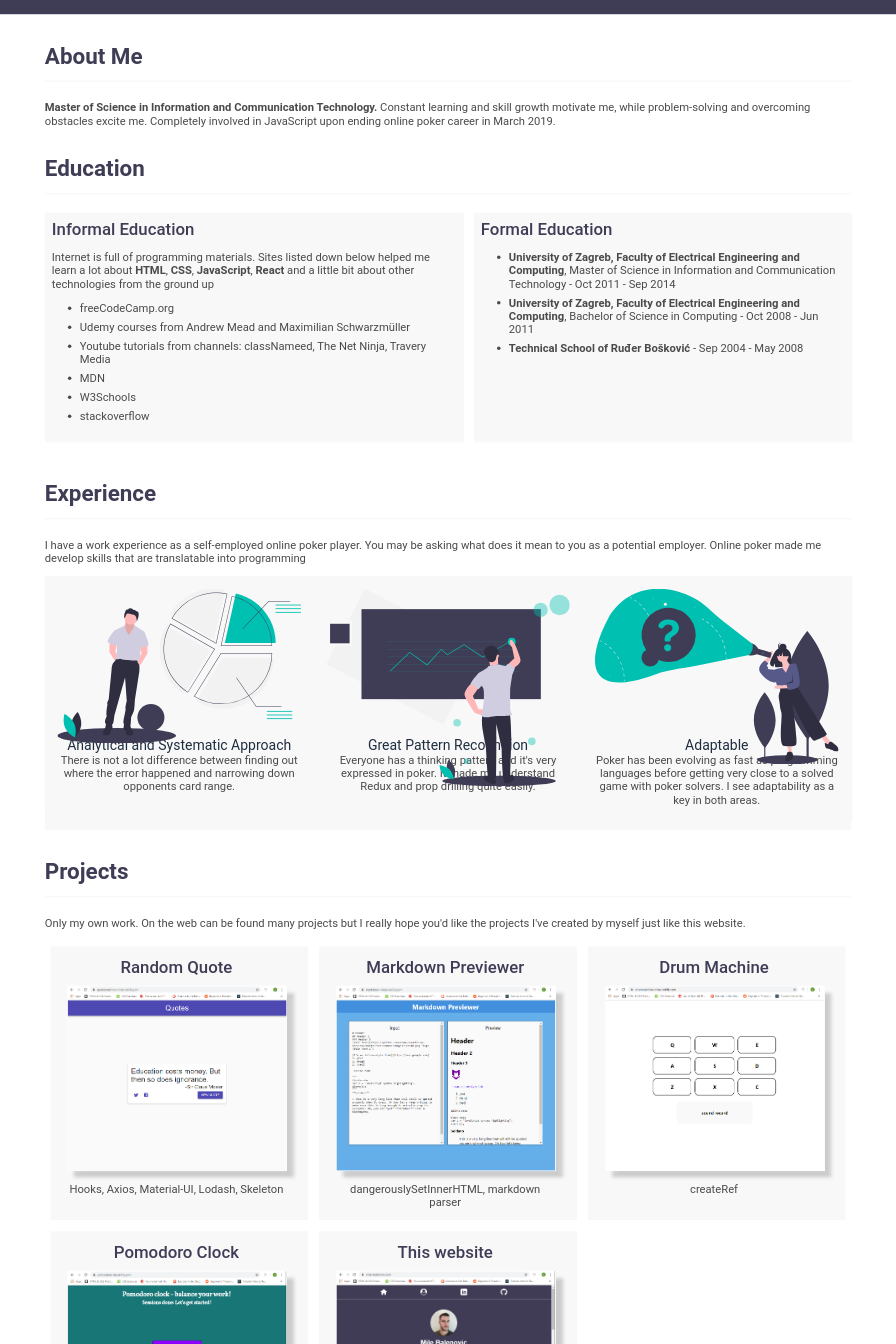
Repository: milac0/my-website
Page: /
These files come from the project's save history. The page is drawn as it stood at one moment and after the next save; the edit follows.
The browser window is 1280 px wide. The pictures show the part of the page from y = 400 to 2320 px (the page is 3017 px tall), at 70% of full size.
The project was rebuilt for these pictures with package versions that can differ from the ones it lists, and the page was loaded fresh each time. Also part of the build but not shown: src/components/formContact.module.css, src/components/FormContact.js, src/pages/contact.module.css, src/pages/Contact.js. Imported but missing from the stored project, and not drawn on this page: src/resume.pdf.

Above is the page before, as saved 2019-10-29 19:37:45.

### public/index.html
<!DOCTYPE html>
<html lang="en">
  <head>
    <meta charset="utf-8" />
    <link rel="icon" href="%PUBLIC_URL%/favicon.ico" />
    <meta name="viewport" content="width=device-width, initial-scale=1" />
    <meta name="theme-color" content="#000000" />
    <meta
      name="description"
      content="Web site created using create-react-app"
    />
    <!--
      manifest.json provides metadata used when your web app is installed on a
      user's mobile device or desktop. See https://developers.google.com/web/fundamentals/web-app-manifest/
    -->
    <link rel="manifest" href="%PUBLIC_URL%/manifest.json" />
    <!--
      Notice the use of %PUBLIC_URL% in the tags above.
      It will be replaced with the URL of the `public` folder during the build.
      Only files inside the `public` folder can be referenced from the HTML.

      Unlike "/favicon.ico" or "favicon.ico", "%PUBLIC_URL%/favicon.ico" will
      work correctly both with client-side routing and a non-root public URL.
      Learn how to configure a non-root public URL by running `npm run build`.
    -->
    <title>Mile Balenovic</title>
  </head>
  <body>
    <noscript>You need to enable JavaScript to run this app.</noscript>
    <div id="root"></div>
    <!--
      This HTML file is a template.
      If you open it directly in the browser, you will see an empty page.

      You can add webfonts, meta tags, or analytics to this file.
      The build step will place the bundled scripts into the <body> tag.

      To begin the development, run `npm start` or `yarn start`.
      To create a production bundle, use `npm run build` or `yarn build`.
    -->
  </body>
</html>

### src/index.css
html, body {
  height: 100%;
}

body {
  margin: 0;
  font-family: 'Roboto', sans-serif;
  -webkit-font-smoothing: antialiased;
  -moz-osx-font-smoothing: grayscale;
}

/*****
  Navbar & Hero
*****/

header,
.hero {
  background:#3F3D56;
  border-bottom: 0.1px solid #ffffff;
  text-align: center;
}

.hero {
  margin-bottom: 2em;
}

.container {
  width: 90%;
  max-width: 1200px;
  margin: 0 auto;
}

nav li {
  list-style: none;
  max-width: 400px;
  margin: 0 auto;
  display: flex;
  justify-content: space-evenly;
  align-items: center;
}

.nav-item:hover {
  filter: invert(0.1);
}
nav ul {
  padding: 0;
}

.hero {
  margin-bottom: 2.5em;
}

.hero-profile {
  padding: 3em 0;
}

.hero-profile-image {
  width: 128px;
  height: 128px;
  background-color: #F8F8F9;
  margin: 0 auto;
  margin-bottom: 0.5em;
  border-radius: 50%;
}

.hero-profile-title,
.hero-profile-subtitle {
  color: #ffffff;
}

.hero-profile h1 {
  margin: 0;
  font-size: 2rem;
}

.hero-profile p {
  font-size: 1rem;
  margin: 0;
  margin-top: -0.25rem;
  margin-bottom: 1.5em;
}

.hero-profile-subtitle strong {
  font-weight: 700;
  color: #61dafb;
}

.button-cta,
.button-home {
  background: #00AEA0;
  color: #1f2e3f;
  padding: 0.75em 2em;
  border: none;
  border-radius: 20px;
  font-size: 1rem;
  font-weight: 700;
  text-decoration: none;
}

.button-cta:hover,
.button-cta:focus {
  background: #00C1B1;
  color: #1f2e3f;
  cursor: pointer;
}

.button-home {
  background: #ffffff;
  border: 2px solid #1f2e3f;
  padding: 0.3em 1em;
}

.button-home:hover,
.button-home:focus {
  border: 2px solid #ffffff;
 filter: invert(0.1);
}

/*****
  Typography
*****/

h1 {
  color: #3F3D56;
}

h2 {
  color: #3F3D56;
  font-size: 1.5rem;
  font-weight: 500;
  margin: 0;
}

p,
ul {
  color: #4a4a4a;
}

.section-skill h2 {
  color: #1F2E3F;
  font-size: 1.25rem;
  font-weight: 400;
  margin: 0;
}

.section-body {
  font-size: 1rem;
  margin-bottom: 1em;
}

#section-cta .section-title,
#section-cta .section-body {
  color: #ffffff;
}

/*****
  Layout
*****/
section {
  margin-bottom: 2.5em;
}

.section-title {
  border-bottom: 2px solid #F8F8F9;
  font-size: 2rem;
  padding-bottom: 0.5em;
}

.article-education,
.section-skill {
  box-shadow: 2px 2px #F8F8F9;
  border: 2px solid #F8F8F9;
  margin-bottom: 1em;
  padding: 0.5em;
}

.article-education li{
  margin-bottom: 0.5em;
}

.section-skill {
  background: #F8F8F9;
  text-align: center;
}

.section-skill p {
  margin: 0;
}

.responsive-container {
    width: 100%;
    padding-bottom: 56.25%; /* 9/16 = aspect ratio of image */
    position: relative;
    margin: 0 auto 1em auto;
}

.section-skill-image {
  display: block;
  max-width: 70%;
  height: auto;
  position: absolute;
  /* left: 50%;
  transform: translateX(-50%); */
  left: 0;
  right: 0;
  margin: auto;
}

article {
  background: #F8F8F9;
  padding: 1em 2em 0.5em 1.5em;
  margin-bottom: 0.5em;
}

article p {
  margin-top: 1em;
  margin-bottom: 0.5em;
}

article h2 {
  margin-bottom: 0.5em;
}

.projects article {
  text-align: center;
}

.project-image {
  display: block;
  max-width: 80%;
  margin: 0 auto;
  height: auto;
  cursor: pointer;
  border: 1px solid #fff;
  box-shadow: 10px 10px 5px #ccc;
}

.project-image:hover {
  filter: invert(0.1);
}

#section-cta {
  padding-bottom: 5em;
  background: #3F3D56;
}

#section-cta{
  text-align: center;
  padding: 0.5em;
}

#section-cta .button-cta {
  margin: 1em 0 2em 0;
}

footer {
  background: #F8F8F9;
  padding: 3em 0;
  width: 100%;
  text-align: center;
  flex-shrink: 0;
}

.invalid-feedback {
  color: #D8000C;
  font-size: 0.75rem;
  font-family: 'Roboto', sans-serif;
}

@media (min-width: 752px) {
  nav li {
    max-width: 100%;
    margin: 0 auto;
    display: flex;
    justify-content: flex-end;
    align-items: center;
    position: relative;
  }

  nav ul {
    margin-left: 3em;
  }

  .nav-home-item {
    position: absolute;
    left: 0;
    margin: 0;
  }

  .articles-education {
    display: flex;
    flex-direction: row;
    justify-content: space-between;
  }

  .education-one {
    margin-right: 0.5em;
  }

  .education-two {
    margin-left: 0.5em;
  }

  .section-skills {
    background: #F8F8F9;
    display: flex;
    flex-direction: row;
    align-items: baseline;
  }
  .section-skill {
    flex: 1 1 200px;
    padding: 1em;
  }

  .section-skill-image {
    height: auto;
    max-width: 100%;
  }

  .projects {
    display: grid;
    grid-template-columns: repeat(auto-fill,minmax(320px, 1fr));
   }

   .projects article {
    margin: 0.5em;
  }

   .project-image {
     max-width: 100%;
   }
}

### src/App.js
import React from 'react';
import {
  BrowserRouter as Router,
  Switch,
  Route,
} from "react-router-dom";
import Home from './pages/Home'
import Contact from './pages/Contact';

function App() {
  return (
      <Router>
        <Switch>
        <Route path ="/" exact component={Home} />
        <Route path ="/contact" component={Contact} />
        </Switch>
      </Router>

  );
}

export default App;

### src/pages/Home.js
import React, { Fragment } from "react";
import Navbar from "../components/Navbar";
import Hero from "../components/Hero";
import AboutMe from "../components/AboutMe";
import Education from "../components/Education";
import Experience from "../components/Experience";
import Projects from "../components/Projects";
import SectionCTA from "../components/SectionCTA";
import Footer from "../components/Footer";

const Home = () => {
  return (
    <Fragment>
      <Navbar />
      <Hero />
      <main>
        <div className="container">
          <AboutMe />
          <Education />
          <Experience />
          <Projects />
          <SectionCTA />
        </div>
      </main>
      <Footer />
    </Fragment>
  );
};

export default Home;

### src/components/Navbar.js
import React from "react";
import { Link } from "react-router-dom";

import resumeIcon from "../images/resume.png";
import linkedinIcon from "../images/linkedin.png";
import githubIcon from "../images/github.png";
import homeIcon from "../images/home.png";
import resumePdf from "../resume.pdf";

//mui
import Tooltip from "@material-ui/core/Tooltip";

const Navbar = () => {
  return (
    <header>
      <div className="container">
        <nav>
          <li>
            <ul className="nav-home-item">
              <Tooltip title="Home">
                <Link to="/">
                  <img className="nav-item" src={homeIcon} alt="home" />
                </Link>
              </Tooltip>
            </ul>
            <ul>
              <Tooltip title="Resume">
                <a href={resumePdf} download target="_self">
                  <img className="nav-item" src={resumeIcon} alt="resume" />
                </a>
              </Tooltip>
            </ul>
            <ul>
              <Tooltip title="Linkedin">
                <a
                  href="https://www.linkedin.com/in/mile-balenovi%C4%87-a4ab9188/"
                  target="_blank"
                  rel="noopener noreferrer"
                >
                  <img className="nav-item" src={linkedinIcon} alt="linkedin" />
                </a>
              </Tooltip>
            </ul>
            <ul>
              <Tooltip title="Github">
                <a
                  href="https://github.com/milac0"
                  target="_blank"
                  rel="noopener noreferrer"
                >
                  <img className="nav-item" src={githubIcon} alt="github" />
                </a>
              </Tooltip>
            </ul>
          </li>
        </nav>
      </div>
    </header>
  );
};

export default Navbar;

### src/components/Hero.js
import React from "react";
import { Link } from "react-router-dom";
import profileImg from "../images/profile.png";

const Hero = () => {
  return (
    <div className="hero">
      <div className="container">
        <div className="hero-profile">
          <div className="hero-profile-image">
            <img src={profileImg} alt="profile" />
          </div>
          <h1 className="hero-profile-title">Mile Balenovic</h1>
          <p className="hero-profile-subtitle">
            Switching career to <strong>React</strong> development
          </p>
          <Link to="/contact">
            <button className="button-cta">Contact Me!</button>
          </Link>
        </div>
      </div>
    </div>
  );
};

export default Hero;

### src/components/AboutMe.js
import React from "react";

const AboutMe = () => {
  return (
    <section>
      <h1 className="section-title">About Me</h1>
      <p className="section-body">
        <strong>
          Master of Science in Information and Communication Technology.
        </strong>{" "}
        Constant learning and skill growth motivate me, while problem-solving
         and overcoming obstacles excite me. Completely involved
        in JavaScript upon ending online poker career in March 2019.
      </p>
    </section>
  );
};

export default AboutMe;

### src/components/Education.js
import React from "react";

const Education = () => {
  return (
    <section>
      <h1 className="section-title">Education</h1>
      <div className="articles-education">
      <article className="article-education education-one">
        <h2>Informal Education</h2>
        <p>
          Internet is full of programming materials. Sites listed down below
          helped me learn a lot about
          <strong> HTML</strong>, <strong>CSS</strong>,{" "}
          <strong>JavaScript</strong>,<strong> React</strong> and a little bit
          about other technologies from the ground up
        </p>
        <ul>
          <li>freeCodeCamp.org</li>
          <li>Udemy courses from Andrew Mead and Maximilian Schwarzmüller</li>
          <li>
            Youtube tutorials from channels: classNameed, The Net Ninja, Travery
            Media{" "}
          </li>
          <li>MDN</li>
          <li>W3Schools</li>
          <li>stackoverflow</li>
        </ul>
      </article>
      <article className="article-education education-two">
        <h2>Formal Education</h2>
        <ul>
          <li>
            <strong>
              University of Zagreb, Faculty of Electrical Engineering and
              Computing
            </strong>
            , Master of Science in Information and Communication Technology -
            Oct 2011 - Sep 2014
          </li>
          <li>
            <strong>
              University of Zagreb, Faculty of Electrical Engineering and
              Computing
            </strong>
            , Bachelor of Science in Computing - Oct 2008 - Jun 2011
          </li>
          <li>
            <strong>Technical School of Ruđer Bošković</strong> - Sep 2004 - May
            2008
          </li>
        </ul>
      </article>
      </div>
    </section>
  );
};

export default Education;

### src/components/Experience.js
import React from "react";
import LazyLoad from "react-lazyload";
import analyticalImg from "../images/analytical.svg";
import patternImg from "../images/pattern.svg";
import adaptiveImg from "../images/adaptive.svg";

const Experience = () => {
  return (
    <section>
      <h1 className="section-title">Experience</h1>
      <p className="section-body">
        I have a work experience as a self-employed online poker player. You may
        be asking what does it mean to you as a potential employer. Online poker
        made me develop skills that are translatable into programming
      </p>
      <div className="section-skills">
      <div className="section-skill">
      <div className="section-skill-image-container">
        <LazyLoad>
          <div className="responsive-container">
          <img
            className="section-skill-image"
            src={analyticalImg}
            alt="analytical"
          />
          </div>
        </LazyLoad>
        </div>
        <h2>Analytical and Systematic Approach</h2>
        <p>
          There is not a lot difference between finding out where the error happened
          and narrowing down opponents card range.
        </p>
      </div>
      <div className="section-skill">
        <LazyLoad>
        <div className="responsive-container">
          <img className="section-skill-image" src={patternImg} alt="pattern" />
          </div>
        </LazyLoad>
        <h2>Great Pattern Recognition</h2>
        <p>
          Everyone has a thinking pattern and it's very expressed in poker. It made
          me understand Redux and prop drilling quite easily.
        </p>
      </div>
      <div className="section-skill">
        <LazyLoad>
        <div className="responsive-container">
          <img className="section-skill-image" src={adaptiveImg} alt="" />
          </div>
        </LazyLoad>
        <h2>Adaptable</h2>
        <p>
          Poker has been evolving as fast as programming languages before
          getting very close to a solved game with poker solvers. I see adaptability
          as a key in both areas.
        </p>
      </div>
      </div>
    </section>
  );
};

export default Experience;

### src/components/Projects.js
import React from "react";
import LazyLoad from "react-lazyload";

import quoteImg from "../images/quote.PNG";
import markdownImg from "../images/markdown.PNG";
import pomodoroImg from "../images/pomodoro.PNG";
import drumImg from "../images/drum.PNG";
import thissiteImg from '../images/thissite.PNG'

const Projects = () => {
  return (
    <section>
      <h1 className="section-title">Projects</h1>
      <p className="section-body">
        Only my own work. On the web can be found many projects but I really hope
        you'd like the projects I've created by myself just like this website.
      </p>
      <div className="projects">
      <article>
        <h2>Random Quote</h2>
        <a
          href="https://quotemachine-milac.netlify.com/"
          target="_blank"
          rel="noopener noreferrer"
        >
          <LazyLoad>
            <img className="project-image" src={quoteImg} alt="quote-machine" />
          </LazyLoad>
        </a>
        <p>Hooks, Axios, Material-UI, Lodash, Skeleton</p>
      </article>
      <article>
        <h2>Markdown Previewer</h2>
        <a
          href="https://markdown-milac.netlify.com/"
          target="_blank"
          rel="noopener noreferrer"
        >
          <LazyLoad>
            <img
              className="project-image"
              src={markdownImg}
              alt="markdown-previewer"
            />
          </LazyLoad>
        </a>
        <p>dangerouslySetInnerHTML, markdown parser</p>
      </article>
      <article>
        <h2>Drum Machine</h2>
        <a
          href="https://drummachine-milac.netlify.com/"
          target="_blank"
          rel="noopener noreferrer"
        >
          <LazyLoad>
            <img className="project-image" src={drumImg} alt="drum-machine" />
          </LazyLoad>
        </a>
        <p>createRef</p>
      </article>
      <article>
        <h2>Pomodoro Clock</h2>
        <a
          href="https://pomodoro-clo.netlify.com/"
          target="_blank"
          rel="noopener noreferrer"
        >
          <LazyLoad>
            <img
              className="project-image"
              src={pomodoroImg}
              alt="pomodoro clock"
            />
          </LazyLoad>
        </a>
        <p>FortAwesome, Moment, Lodash</p>
      </article>
      <article>
        <h2>This website</h2>
        <a
          href="https://mile-balenovic.com/"
          target="_blank"
          rel="noopener noreferrer"
        >
          <LazyLoad>
            <img
              className="project-image"
              src={thissiteImg}
              alt="this website"
            />
          </LazyLoad>
        </a>
        <p>Formik, LazyLoad, EmailJS, CSS Modules</p>
      </article>
      </div>
    </section>
  );
};

export default Projects;

### src/components/SectionCTA.js
import React from "react";
import { Link } from "react-router-dom";

const SectionCTA = () => {
  return (
    <section id="section-cta">
      <h1 className="section-title">Like what you've read?</h1>
      <p className="section-body">
        I have plenty more to learn, and, as a part of your team, I believe I can
        accelerate my learning and start contributing to your company in a fruitful way.
      </p>
      <Link to="/contact">
        <button className="button-cta">Contact Me!</button>
      </Link>
    </section>
  );
};

export default SectionCTA;

### src/components/Footer.js
import React from "react";

const Footer = () => {
  return (
    <footer>
      <p> Copyright 2019</p>
    </footer>
  );
};

export default Footer;

Loaded but not shown: src/index.js (common file)

After the next save:
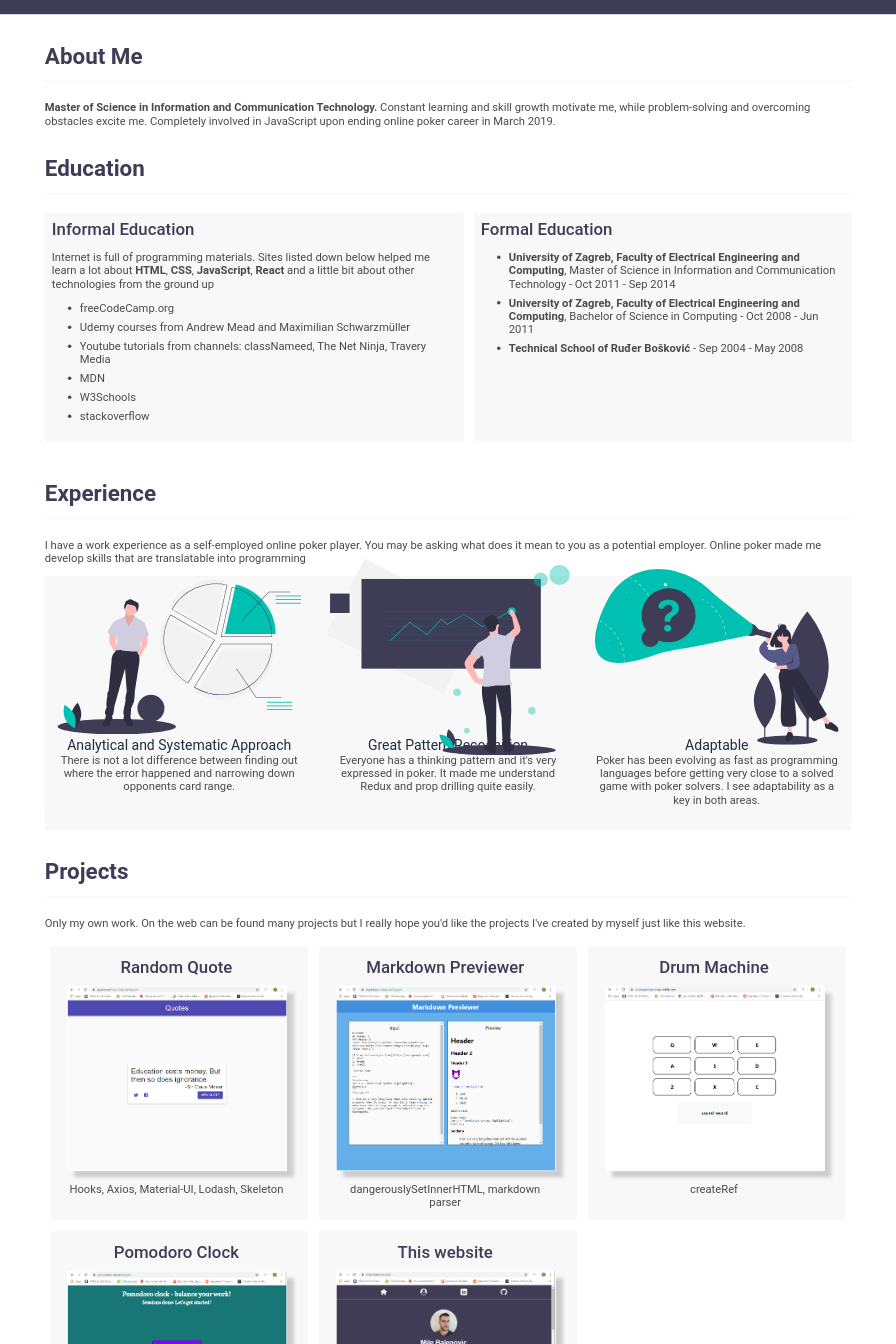
Saved 26 s later.
--- a/src/index.css
+++ b/src/index.css
@@ -203,6 +203,8 @@
   transform: translateX(-50%); */
   left: 0;
   right: 0;
+  top: 0;
+  bottom: 0;
   margin: auto;
 }
 

After the 3 saves that followed:
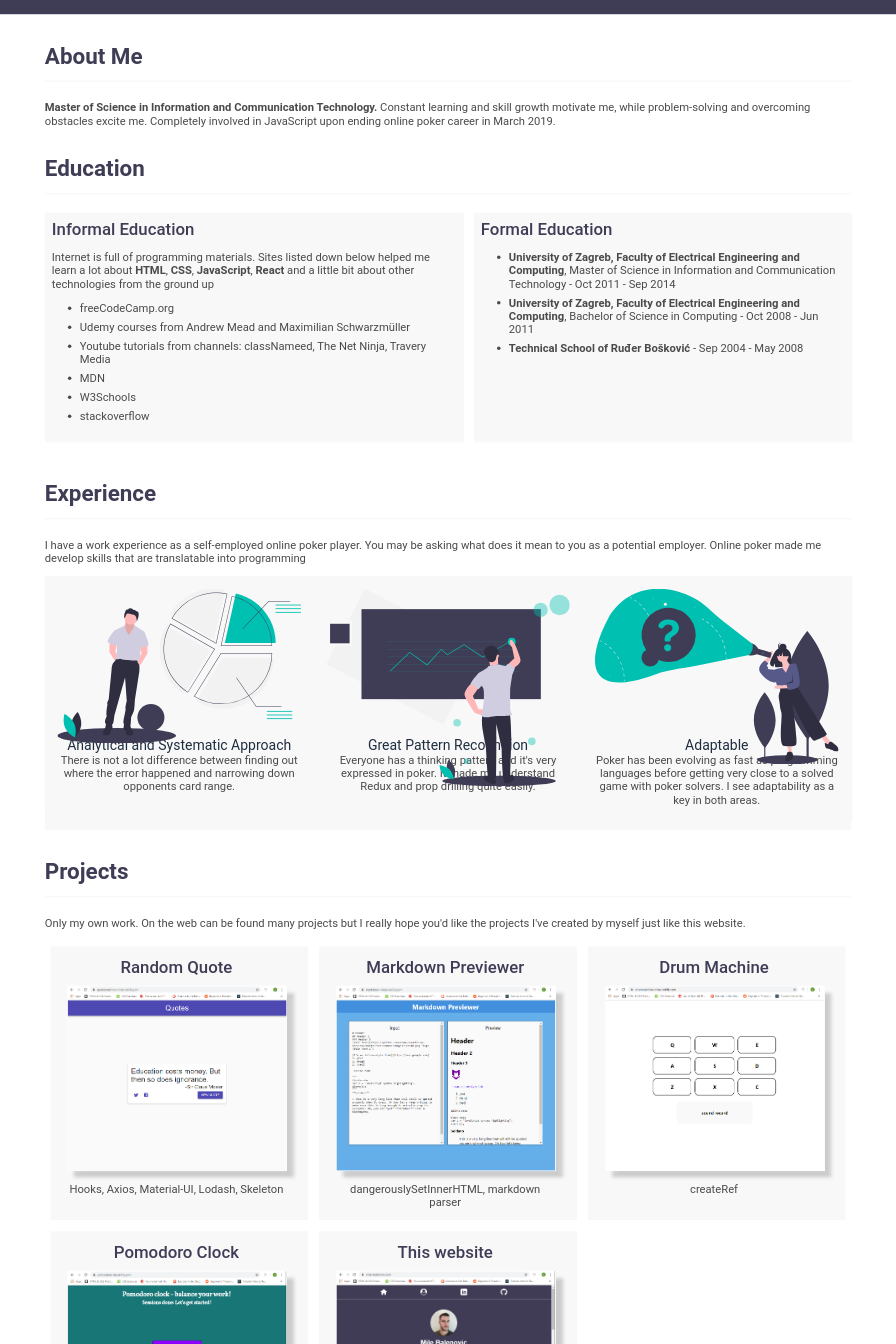
The 3 saves are shown as one change because 2 left the picture as it was.
The last was saved 8 min 31 s later.
--- a/src/index.css
+++ b/src/index.css
@@ -195,16 +195,17 @@
 }
 
 .section-skill-image {
-  display: block;
-  max-width: 70%;
-  height: auto;
+  /* display: block; */
+  /* max-width: 70%; */
+  height: 100%;
+  width: 100%;
   position: absolute;
   /* left: 50%;
   transform: translateX(-50%); */
   left: 0;
   right: 0;
-  top: 0;
-  bottom: 0;
+  /* top: 0;
+  bottom: 0; */
   margin: auto;
 }
 
